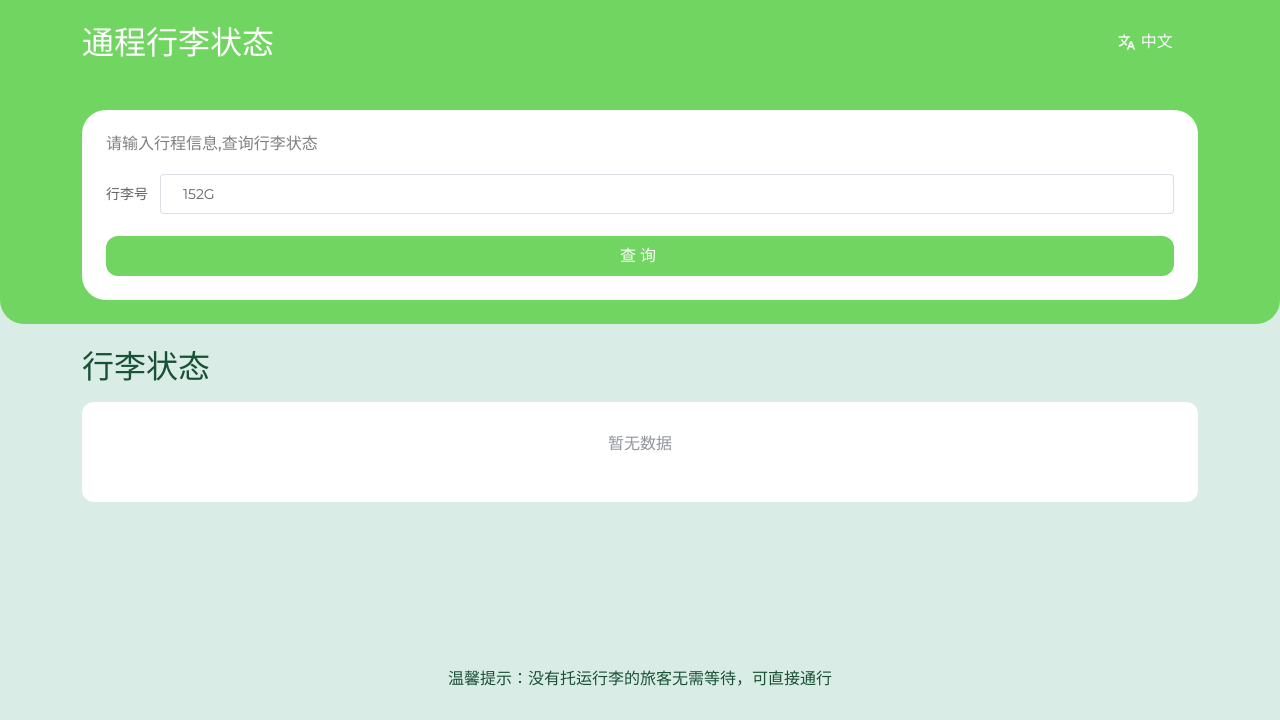
Repository: jhonMacTavish/through-baggage-web
Page: /
An editor plug-in stored every save of this project. The page is shown before and after the next save, followed by the edit.
The browser window is 1280 px wide. The pictures show the whole page.
The project was rebuilt for these pictures with package versions that can differ from the ones it lists, and the page was loaded fresh each time. Also part of the build but not shown: vite.config.js, src/components/Main copy.vue, src/components/NavBar.vue, src/components/Scanner.vue. Imported but missing from the stored project, and not drawn on this page: src/assets/icons/GlobeIcon.vue, src/assets/icons/LogoIcon.vue, src/assets/icons/ProfileIcon.vue, src/assets/icons/QuestionIcon.vue.

Above is the page before, as saved 2025-02-24 16:43:34.

After the next save:
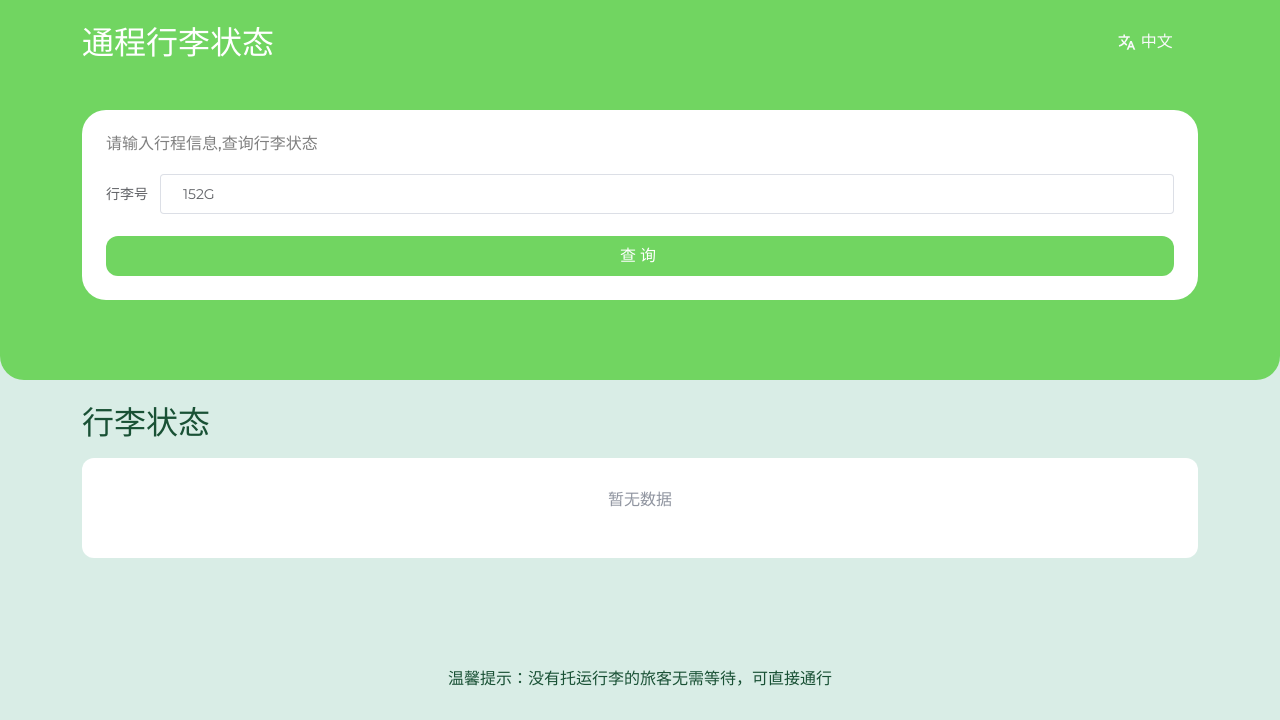
Saved 63 s later.
--- a/src/components/Main.vue
+++ b/src/components/Main.vue
@@ -2,7 +2,7 @@
  * @Author: error: error: git config user.name & please set dead value or install git && error: git config user.email & please set dead value or install git & please set dead value or install git
  * @Date: 2025-02-23 20:06:20
  * @LastEditors: error: error: git config user.name & please set dead value or install git && error: git config user.email & please set dead value or install git & please set dead value or install git
- * @LastEditTime: 2025-02-24 16:42:45
+ * @LastEditTime: 2025-02-24 16:44:37
  * @FilePath: \through_baggage_webt:\Projects\VS Code\vue-bootstrap-master\src\components\Main.vue
  * @Description: 这是默认设置,请设置`customMade`, 打开koroFileHeader查看配置 进行设置: https://github.com/OBKoro1/koro1FileHeader/wiki/%E9%85%8D%E7%BD%AE
 -->
@@ -274,7 +274,7 @@ onMounted(() => {});
 }
 
 .rd-form {
-  // padding: 80px;
+  padding-bottom: 80px !important;
   border-bottom-left-radius: 24px;
   border-bottom-right-radius: 24px;
 }
